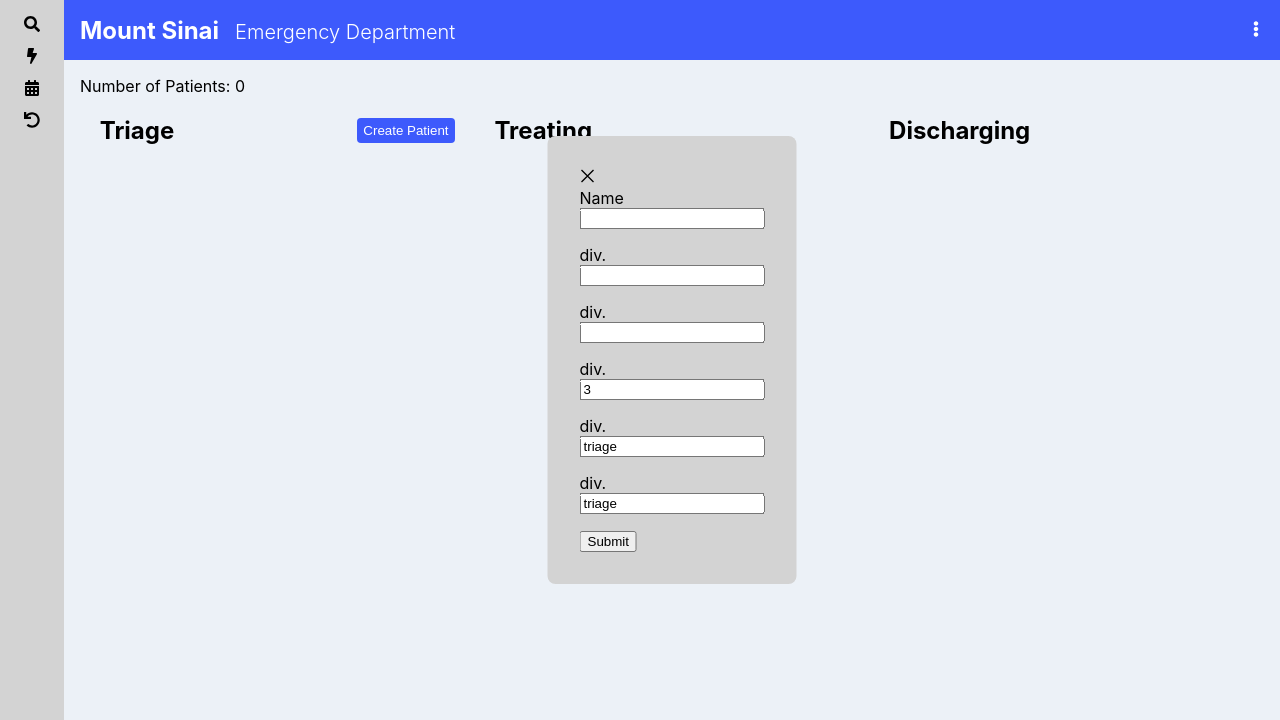
Repository: kosenijr/triage-app
Page: /, after clicking the first element matching `button.App_61351_triage-header-button`
These files come from the project's save history. The page is drawn as it stood at one moment and after a run of saves; the edit follows.
The browser window is 1280 px wide. The pictures show the whole page.
The page's requests for data from a server got no answer. The project was rebuilt for these pictures with package versions that can differ from the ones it lists, and the page was loaded fresh each time. No one was signed in, and anything a server would have sent is missing. Also part of the build but not shown: src/styles/PatientCard.module.css, src/components/PatientCard.js.

Above is the page before, as saved 2022-11-16 20:07:40.

### src/App.js
import React, { useEffect, useState } from 'react';
import { FaEllipsisV, FaSearch, FaBolt, FaCalendarAlt, FaUndo } from "react-icons/fa";
import styles from '../src/styles/App.module.css'
import '../src/styles/Global.module.css'
import { ROUTES } from '../src/constants'
import PatientCard from './components/PatientCard'
import Modal from './components/Modal'

const log = console.log;

function App() {

  const [patientRecords, setPatientRecords] = useState([]);
  const [numOfPatients, setNumOfPatients] = useState(0);
  const [isModalOpen, setIsModalOpen] = useState(false);



  useEffect(() => {
    fetch(ROUTES['GET_ALL_PATIENTS'])
      .then(res => res.json())
      .then(res => setPatientRecords(res))
  }, []);

  useEffect(() => {
    setNumOfPatients(patientRecords.length);
  }, [patientRecords]);

  const onRoomAssignment = (patient, room) => {
    // const oldPatientRecord = patient;
    const newPatientRecord = {
      id: patient.id,
      name: patient.name,
      dob: patient.dob,
      complaint: patient.complaint,
      priority: patient.priority,
      room: patient.room,
      stage: 'treating'
    }


    setPatientRecords(patientRecords.map((record) => {
      if (record.id === patient.id) {
        record.room = room;
        record.stage = 'treating';
      }
      return record;
    }));

    const requestOptions = {
      method: 'PUT',
      body: JSON.stringify(newPatientRecord),
    };

    fetch(ROUTES['GET_EACH_PATIENT'], requestOptions)
      .then(result => result.json())
      .catch(error => console.log('error', error));
  }

  const onCreatePatient = (patient) => {
    const requestOptions = {
      method: 'POST',
      body: JSON.stringify(patient),
    };

    fetch(ROUTES['GET_EACH_PATIENT'], requestOptions)
      .then(result => result.json())
      .then(patient => console.log(patient))
      .then(patient => setPatientRecords([...patientRecords, patient]))
      .catch(error => console.log('error', error));
  }


  const onStartDischarge = (patient) => {
    const newPatientRecord = {
      id: patient.id,
      name: patient.name,
      dob: patient.dob,
      complaint: patient.complaint,
      priority: patient.priority,
      room: 'discharging-room',
      stage: 'discharging'
    }


    setPatientRecords(patientRecords.map((record) => {
      if (record.id === patient.id) {
        record.room = 'discharging-room';
        record.stage = 'discharging';
      }
      return record;
    }));

    const requestOptions = {
      method: 'PUT',
      body: JSON.stringify(newPatientRecord),
    };

    fetch(ROUTES['GET_EACH_PATIENT'], requestOptions)
      .then(result => result.json())
      .then(result => console.log(result))
      .catch(error => console.log('error', error));


  }

  const onCompleteDischarge = (patient) => {
    setPatientRecords(patientRecords.filter((record) => record.id !== patient.id));

    const requestOptions = {
      method: 'DELETE',
    };

    fetch(`${ROUTES['GET_EACH_PATIENT']}/${patient.id}`, requestOptions)
      .then(result => result.json())
      .then(result => console.log(result))
      .catch(error => console.log('error', error));

  }
  return (
    <div className={styles['App']}>
      <div className={styles['left-nav']}>
        <FaSearch className='mb-4 mt-4' />
        <FaBolt className='mb-4' />
        <FaCalendarAlt className='mb-4' />
        <FaUndo className='mb-4' />
      </div>
      <div className={styles['right-content']}>
        {isModalOpen && <Modal onCreatePatient={onCreatePatient} setIsModalOpen={setIsModalOpen} />}
        <header className={styles['header']}>
          <div>
            <span className={styles['title']}>Mount Sinai</span>
            <span className={styles['sub-title']}>Emergency Department</span>
          </div>
          <div>
            <FaEllipsisV />

          </div>
        </header>
        <div className={styles['patient-content']}>
          <div><span>Number of Patients: </span><span>{numOfPatients}</span></div>

          <div className={styles['processing']}>
            <div className={styles['process-columns']}>
              <div className={styles['triage-header']}>
                <h2>Triage</h2>
                <button className={styles['triage-header-button']} onClick={() => setIsModalOpen(!isModalOpen)}>Create Patient</button>
              </div>
              {patientRecords.map((patient, index) => {
                // log(patient)
                if (patient?.stage === 'triage') {
                  return (
                    <PatientCard key={index} patient={patient} updateRoomAssignment={onRoomAssignment} />
                  )
                }

              })}
            </div>
            <div className={styles['process-columns']}>
              <h2>Treating</h2>
              {patientRecords.map((patient, index) => {
                // log(patient.name, patient.stage);
                if (patient?.stage === 'treating') {
                  return (
                    <PatientCard key={index} patient={patient} updateRoomAssignment={onRoomAssignment} onStartDischarge={onStartDischarge} />
                  )
                }

              })}

            </div>
            <div className={styles['process-columns']}>
              <h2>Discharging</h2>
              {patientRecords.map((patient, index) => {

                if (patient?.stage === 'discharging') {
                  return (
                    <PatientCard key={index} patient={patient} updateRoomAssignment={onRoomAssignment} onCompleteDischarge={onCompleteDischarge} />
                  )
                }

              })}
            </div>
          </div>
        </div>
      </div>
    </div>
  );
}

export default App;

// styles is a regular object

### src/styles/App.module.css
.App {
  height: 100vh;
  width: 100vw;
  display: relative;
  overflow-y: hidden;
}

.left-nav {
  display: none;
}

.right-content {
  position: relative;
}

.patient-content {
  background-color: #ecf1f7;
  height: content-box;
  overflow-y: scroll;
  position: absolute;
  top: 60px;
  right: 0;
  left: 0;
  bottom: 0;
  padding: 1rem 1rem 4rem 1rem;
}

.header {
  display: flex;
  justify-content: space-between;
  align-items: center;
  /* height: 100px; */
  background-color: #3d5afc;
  color: white;
  padding: 1rem;
}

.triage-header {
  display: flex;
  align-items: center;
  justify-content: space-between;
}

.triage-header-button {
  background-color: #3d5afc;
  color: white;
  border: none;
  border-radius: 4px;
  padding: 0.3rem 0.4rem;
  cursor: pointer;
}

.title {
  font-size: 24px;
  font-weight: 700;
}

.sub-title {
  display: block;
  font-size: 20px;
  font-weight: 300;
}

.patient-card {
  max-width: 400px;
}

@media screen and (min-width: 700px) {
  .sub-title {
    display: initial;
    padding-left: 1rem;
  }
}

@media screen and (min-width: 768px) {
  .processing {
    display: flex;
    justify-content: space-around;
  }

  .process-columns {
    width: 30%;
  }
}

@media screen and (min-width: 800px) {
  .App {
    display: flex;
  }

  .left-nav {
    background-color: lightgray;
    display: flex;
    flex-direction: column;
    width: 5%;
    align-items: center;
  }

  .right-content {
    width: 95%;
  }
}

### src/styles/Global.module.css
:global(.mb-4) {
  margin-bottom: 1rem;
}

:global(.mt-4) {
  margin-top: 1rem;
}

:global(.font-bold) {
  font-weight: 700;
}

### src/constants.js
const BASE_URL = 'https://cw4ccp3r5d.execute-api.us-east-2.amazonaws.com';
const ENV = '/Prod';
export const ROUTES = {
    GET_ALL_PATIENTS: `${BASE_URL}${ENV}/patients`,

}

### src/components/Modal.js
import React, { useState } from 'react'
import styles from '../styles/Modal.module.css'
import { GrClose } from "react-icons/gr";



export default function Modal({ onCreatePatient, setIsModalOpen }) {
    const [name, setName] = useState('');
    const [dob, setDOB] = useState('');
    const [complaint, setComplaint] = useState('');
    const [priority, setPriority] = useState(3);
    const [room, setRoom] = useState('triage');
    const [stage, setStage] = useState('triage');


    const onSubmit = (e) => {
        e.preventDefault();
        const patient = {
            name,
            dob,
            complaint,
            priority,
            room,
            stage
        }
        onCreatePatient(patient);
    }

    return (
        <div className={styles['modal']}>
            < GrClose className={styles['cancel-modal']} onClick={() => setIsModalOpen(false)} />
            <form action="">
                <div className={styles['input-group']}>
                    <label htmlFor="name">Name</label>
                    <input type="text" value={name} id="name" onChange={(e) => setName(e.target.value)} />
                </div>

                div.{styles['input-group']}
                <input type="text" value={dob} onChange={(e) => setDOB(e.target.value)} />
                div.{styles['input-group']}
                <input type="text" value={complaint} onChange={(e) => setComplaint(e.target.value)} />
                div.{styles['input-group']}
                <input type="text" value={priority} onChange={(e) => setPriority(e.target.value)} />
                div.{styles['input-group']}
                <input type="text" value={room} onChange={(e) => setRoom(e.target.value)} />
                div.{styles['input-group']}
                <input type="text" value={stage} onChange={(e) => setStage(e.target.value)} />
                <button onClick={(e) => onSubmit(e)}>Submit</button>
            </form>
        </div>

    )
}

### src/styles/Modal.module.css
.modal {
  position: absolute;
  top: 50%;
  left: 50%;
  transform: translate(-50%, -50%);

  background-color: lightgray;
  padding: 2rem;
  border-radius: 0.5rem;
  z-index: 1;
}

.modal form input {
  display: block;
  margin-bottom: 1rem;
}

.cancel-modal {
  cursor: pointer;
}

Loaded but not shown: public/index.html (common file); src/index.js (common file); src/index.css (common file); src/reportWebVitals.js (common file)

After the next 2 saves:
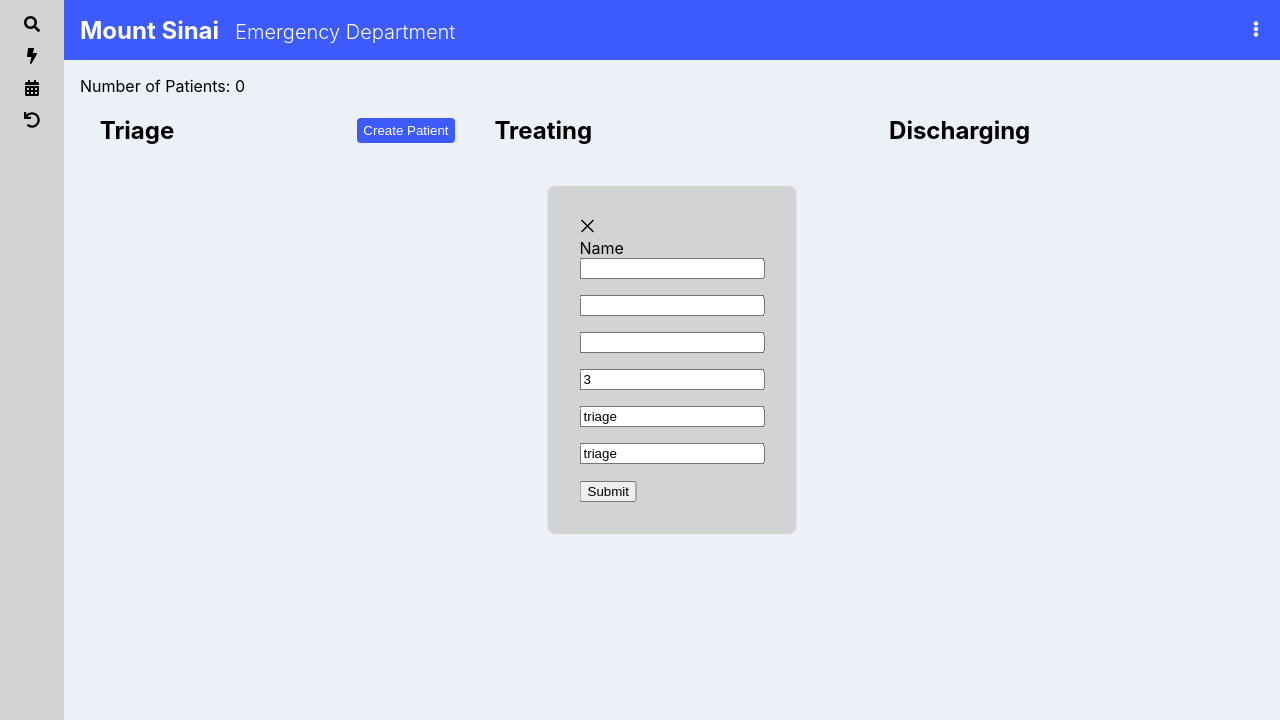
The 2 saves are shown as one change because they came seconds apart.
The last was saved 11 s later.
--- a/src/components/Modal.js
+++ b/src/components/Modal.js
@@ -35,15 +35,15 @@ export default function Modal({ onCreatePatient, setIsModalOpen }) {
                     <input type="text" value={name} id="name" onChange={(e) => setName(e.target.value)} />
                 </div>
 
-                div.{styles['input-group']}
+                <div className=""></div>{styles['input-group']}
                 <input type="text" value={dob} onChange={(e) => setDOB(e.target.value)} />
-                div.{styles['input-group']}
+                <div className=""></div>{styles['input-group']}
                 <input type="text" value={complaint} onChange={(e) => setComplaint(e.target.value)} />
-                div.{styles['input-group']}
+                <div className=""></div>{styles['input-group']}
                 <input type="text" value={priority} onChange={(e) => setPriority(e.target.value)} />
-                div.{styles['input-group']}
+                <div className=""></div>{styles['input-group']}
                 <input type="text" value={room} onChange={(e) => setRoom(e.target.value)} />
-                div.{styles['input-group']}
+                <div className=""></div>{styles['input-group']}
                 <input type="text" value={stage} onChange={(e) => setStage(e.target.value)} />
                 <button onClick={(e) => onSubmit(e)}>Submit</button>
             </form>
